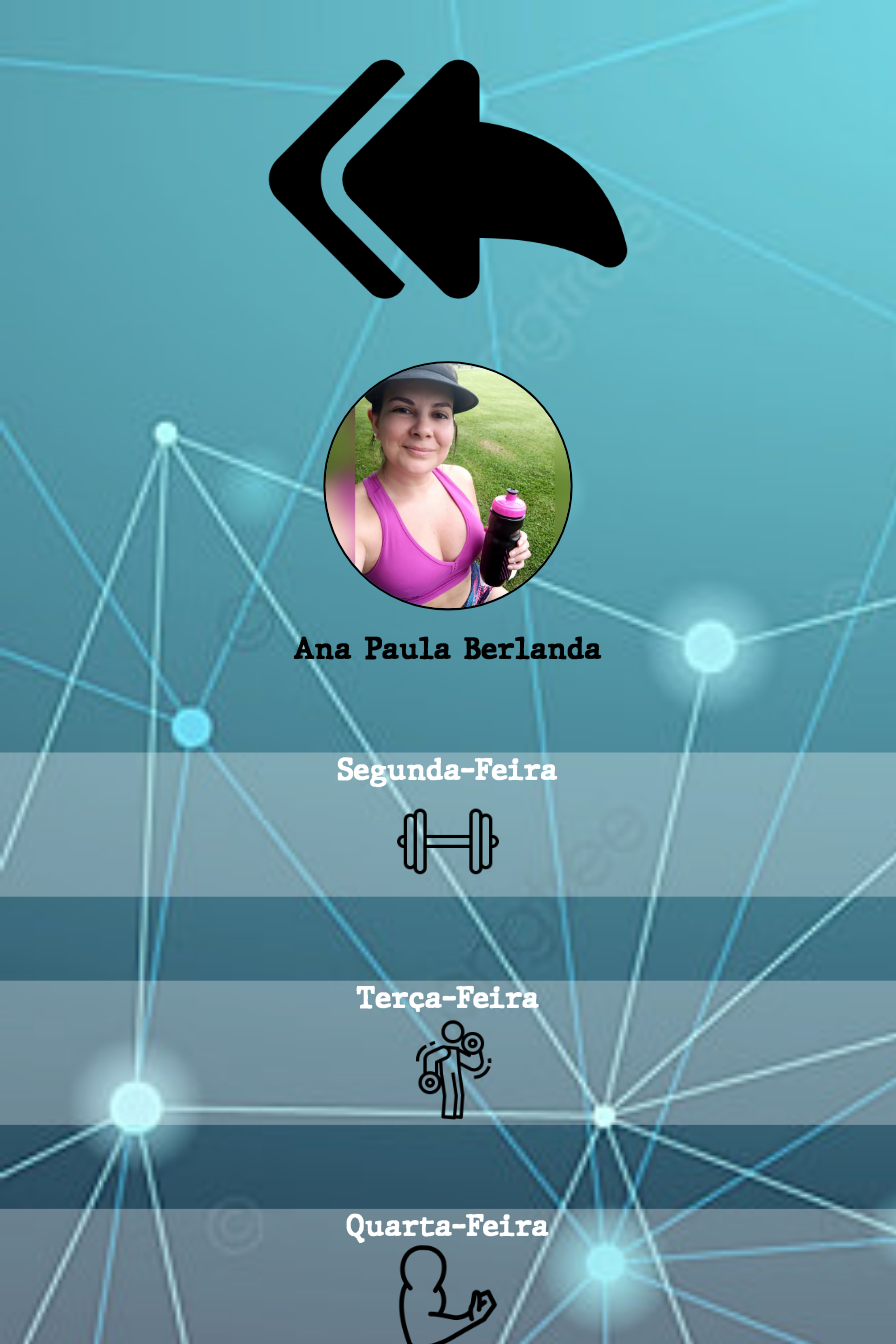
Repository: AnaBerlanda/AppAcademia
Page: index2.html
These files come from the project's save history. The page is drawn as it stood at one moment and after the next save; the edit follows.
The browser window is 1280 px wide. The pictures show the part of the page from y = 0 to 1920 px (the page is 2636 px tall before and 2120 px after), at 70% of full size.
Pictures or frames that could not be fetched are drawn as grey boxes.

Above is the page before, as saved 2022-02-11 15:14:23.

After the next save:
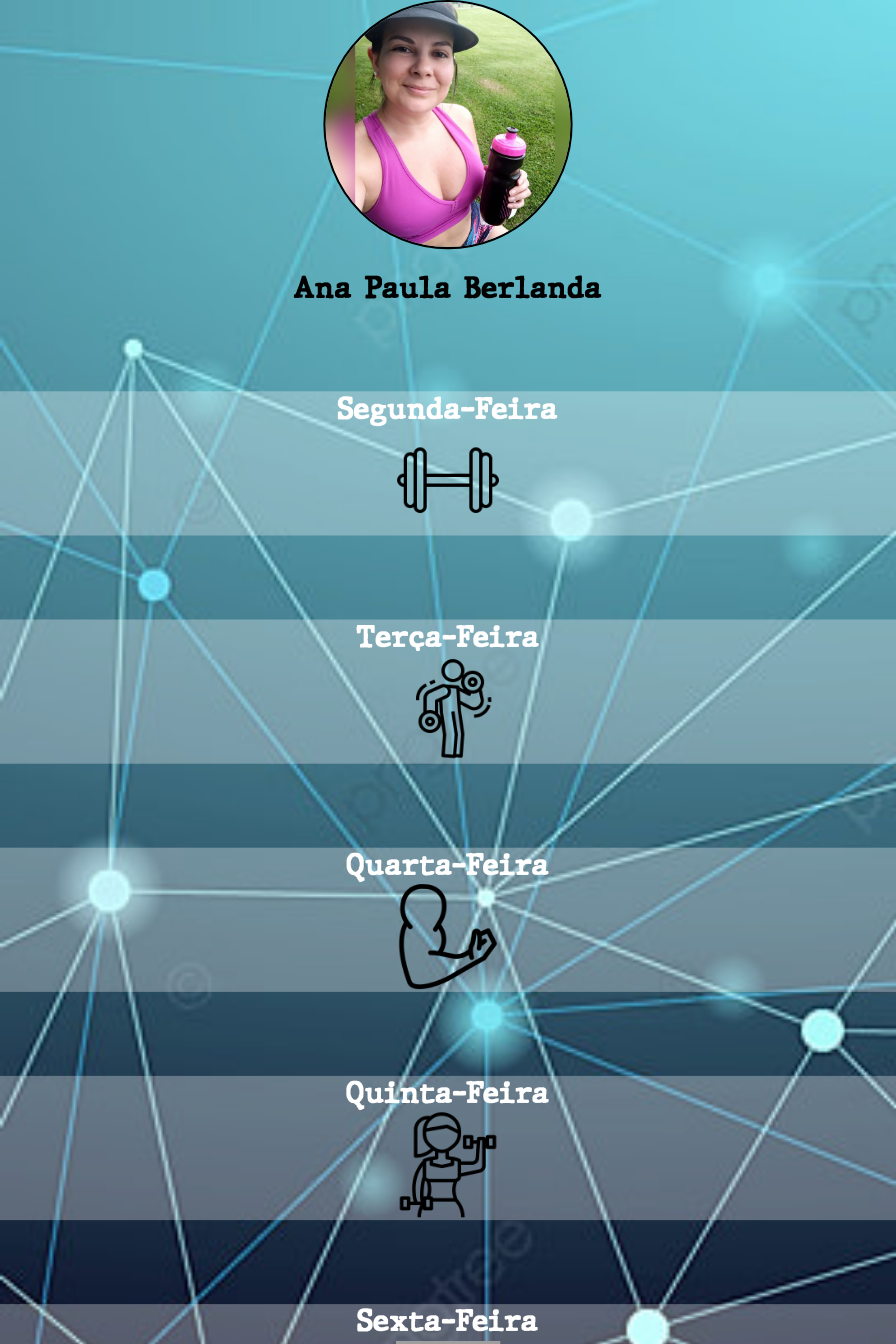
Saved 43 s later.
--- a/index2.html
+++ b/index2.html
@@ -75,9 +75,6 @@
     </style>
 </head>
 <body>
-    <div class="seta">
-        <img src="img/seta.png">
-    </div>
     <img id="redonda" src="img/ber.jpg" alt="Foto da Ana">
     <h1> Ana Paula Berlanda </h1>
     <div class="pagina">
